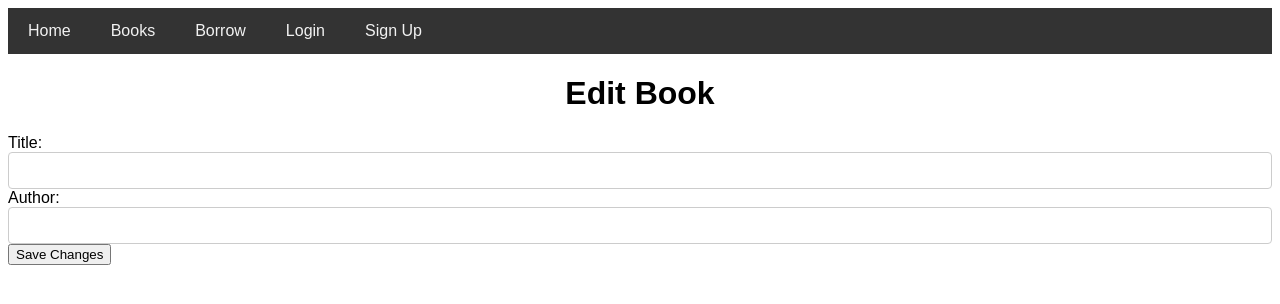
Repository: fadyesk12/Web-Technology-Course-Project
Page: auth/edit.html
These files come from the project's save history. The page is drawn as it stood at one moment and after the next save; the edit follows.
The browser window is 1280 px wide. The pictures show the whole page.

Above is the page before, as saved 2024-04-21 14:42:50.

After the next save:
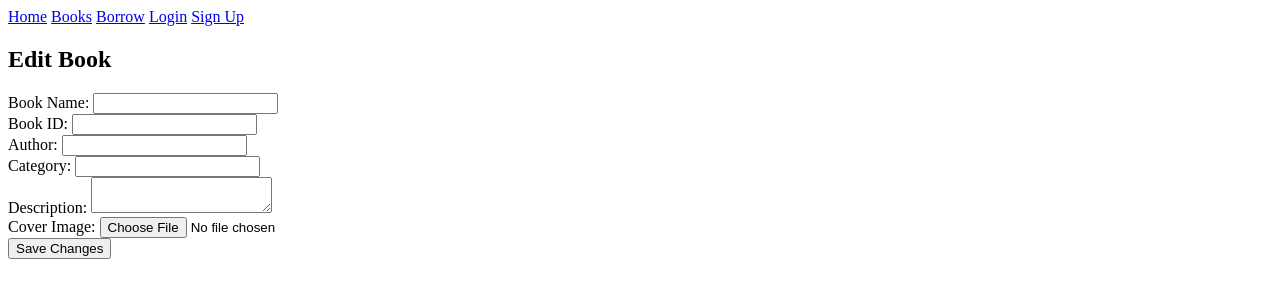
Not found: auth/JavaScript/editBook.js
Not found: auth/Styling/edit_book.css
Saved 53 s later.
--- a/auth/edit.html
+++ b/auth/edit.html
@@ -2,62 +2,57 @@
 <html lang="en">
 
 <head>
-    <meta charset="UTF-8">
-    <meta name="viewport" content="width=device-width, initial-scale=1.0">
-    <title>Edit Book</title>
-    <link rel="stylesheet" href="../Styling/edit.css">
+ <meta charset="UTF-8">
+ <meta name="viewport" content="width=device-width, initial-scale=1.0">
+ <title>Edit Book</title>
+ <link rel="stylesheet" href="./Styling/edit_book.css">
 </head>
 
 <body>
-    <div id="navbar">
-        <a href="../index.html">Home</a>
-        <a href="../book_list.html">Books</a>
-        <a href="../borrow.html">Borrow</a>
-        <a href="../auth/login.html">Login</a>
-        <a href="../auth/signup.html">Sign Up</a>
-    </div>
-    <h1>Edit Book</h1>
-    <form id="editBookForm">
-        <div class="edit-form">
-            <label for="title">Title:</label>
-            <input type="text" id="title" name="title" required>
-        </div>
+ <div id="navbar">
+    <a href="./index.html">Home</a>
+    <a href="./book_list.html">Books</a>
+    <a href="./borrow.html">Borrow</a>
+    <a href="./auth/login.html">Login</a>
+    <a href="./auth/signup.html">Sign Up</a>
+ </div>
+
+ <div class="container">
+    <h2>Edit Book</h2>
+    <form id="book-form" action="#" method="post" enctype="multipart/form-data">
+      <div class="form-group">
+        <label for="book-name">Book Name:</label>
+        <input type="text" id="book-name" name="book-name" required>
+      </div>
+      <div class="form-group">
+        <label for="book-id">Book ID:</label>
+        <input type="text" id="book-id" name="book-id" required readonly>
+      </div>
+      <div class="form-group">
         <label for="author">Author:</label>
         <input type="text" id="author" name="author" required>
-        <!-- Add other fields as necessary -->
+      </div>
+      <div class="form-group">
+        <label for="category">Category:</label>
+        <input type="text" id="category" name="category" required>
+      </div>
+      <div class="form-group">
+        <label for="description">Description:</label>
+        <textarea id="description" name="description" required></textarea>
+      </div>
+      <div class="form-group">
+        <label for="coverImage">Cover Image:</label>
+        <input type="file" id="coverImage" name="coverImage" accept="image/*" required>
+      </div>
+      <div class="form-group">
         <input type="submit" value="Save Changes">
+      </div>
     </form>
+    <div id="imagePreview" class="preview"></div>
+ </div>
 
-    <script>
-        document.addEventListener('DOMContentLoaded', function () {
-            // Get the bookID from the URL
-            const urlParams = new URLSearchParams(window.location.search);
-            const bookID = urlParams.get('bookID');
+ <script src="./JavaScript/editBook.js"></script>
 
-            if (bookID) {
-                // Load the book's information from local storage
-                const bookData = JSON.parse(localStorage.getItem('books')) || [];
-                const book = bookData.find(b => b.bookID === bookID);
-
-                if (book) {
-                    // Populate the form fields with the book's information
-                    document.getElementById('title').value = book.title;
-                    document.getElementById('author').value = book.author;
-                    // Populate other fields as necessary
-                } else {
-                    alert('Book not found');
-                }
-            } else {
-                alert('No book ID provided');
-            }
-
-            // Attach an event listener to the form to handle the submission
-            document.getElementById('editBookForm').addEventListener('submit', function (event) {
-                event.preventDefault();
-                // Handle the form submission, e.g., update the book's information in local storage
-            });
-        });
-    </script>
 </body>
 
 </html>
